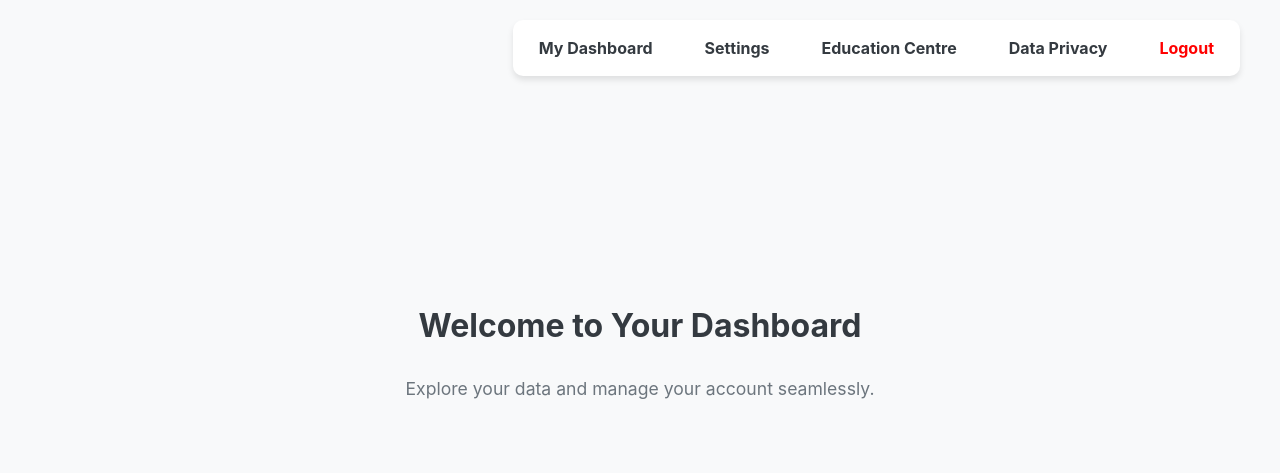
Repository: aab232/https---github.com-aab232-Deferred-Payment-Platform
Page: /main (app in frontend/)
An editor plug-in stored every save of this project. The page is shown before and after the next save, followed by the edit.
The browser window is 1280 px wide. The pictures show the whole page.
The page's requests for data from a server got no answer. The project was rebuilt for these pictures with package versions that can differ from the ones it lists, and the page was loaded fresh each time. No one was signed in, and anything a server would have sent is missing. Also part of the build but not shown: frontend/src/components/Home.js, frontend/src/components/Form.css, frontend/src/components/Register.js, frontend/src/components/Login.js, frontend/src/components/BackButton.css, frontend/src/components/BackButton.js, frontend/src/components/Settings.js.

Above is the page before, as saved 2025-03-26 01:25:08.

### frontend/src/App.js
import React from 'react';
import { BrowserRouter as Router, Routes, Route } from 'react-router-dom';
import Home from './components/Home';
import Register from './components/Register';
import Login from './components/Login';
import Main from './components/Main';
import Settings from './components/Settings';

const App = () => {
  return (
    <Router>
      <Routes>
        <Route path="/" element={<Home />} />
        <Route path="/login" element={<Login />} />
        <Route path="/register" element={<Register />} />
        <Route path="/main" element={<Main />} />
        <Route path="/settings" element={<Settings />} />
      </Routes>
    </Router>
  );
};

export default App;

### frontend/src/components/Main.js
import React, { useState, useEffect } from 'react';
import { useNavigate } from 'react-router-dom';
import './Main.css';
import axios from 'axios';

const Main = () => {
  const [products, setProducts] = useState([]);
  const navigate = useNavigate();

  const handleLogout = () => {
    navigate('/login'); // Redirect to login page
  };

  useEffect(() => {
    const fetchProducts = async () => {
      try {
        const response = await axios.get('http://localhost:5000/api/products');
        setProducts(response.data);
      } catch (error) {
        console.error('Error fetching products:', error);
      }
    };

    fetchProducts();
  }, []);

  return (
    <div className="main-container">
      <nav className="taskbar">
        <span className="tab" onClick={() => navigate('/dashboard')}>My Dashboard</span>
        <span className="tab" onClick={() => navigate('/settings')}>Settings</span>
        <span className="tab" onClick={() => navigate('/education')}>Education Centre</span>
        <span className="tab" onClick={() => navigate('/privacy')}>Data Privacy</span>
        <span className="tab logout" onClick={handleLogout}>Logout</span>
      </nav>

      <h1>Welcome to Your Dashboard</h1>
      <p>Explore your data and manage your account seamlessly.</p>

      <div className="products-container">
        {products.slice(0, 9).map((product, index) => (
          <div key={index} className="product-card">
            <img src={product.img} alt={product.name} />
            <h3>{product.name}</h3>
            <p>{product.price}</p>
            <button>Add to Cart</button>
          </div>
        ))}
      </div>
    </div>
  );
};

export default Main;

### frontend/src/components/Home.css
.container {
    display: flex;
    justify-content: center;
    align-items: center;
    height: 100vh; /* Full viewport height */
    background: linear-gradient(135deg, #252f3b, #252d3b); /* Elegant gradient */
  }

  .card {
    text-align: center;
    background: #fff;
    padding: 40px 60px;
    border-radius: 24px;
    box-shadow: 0 8px 32px rgba(0, 0, 0, 0.2);
    max-width: 350px;
    width: 100%;
  }

  h1 {
    margin-bottom: 16px;
    font-size: 28px;
    color: #252f3b;
  }

  p {
    margin-bottom: 32px;
    font-size: 16px;
    color: #555;
  }

  .button-group {
    display: flex;
    justify-content: space-between;
  }

  .btn {
    padding: 12px 24px;
    font-size: 16px;
    border: none;
    border-radius: 30px; /* Rounded buttons */
    cursor: pointer;
    transition: background 0.3s ease;
    color: white;
    background: #252f3b;
  }

  .btn:hover {
    background: #252f3b; /* Button hover effect */
  }

### frontend/src/components/Main.css
.main-container {
  display: flex;
  flex-direction: column;
  align-items: center;
  justify-content: center;
  height: 100vh;
  background: #f8f9fa;
  padding: 20px;
  box-sizing: border-box;
}

.taskbar {
  position: absolute;
  top: 20px;
  right: 40px;
  display: flex;
  gap: 20px;
  background: #ffffff;
  border-radius: 10px;
  padding: 10px;
  box-shadow: 0px 4px 6px rgba(0, 0, 0, 0.1);
}

.tab {
  cursor: pointer;
  padding: 8px 16px;
  border-radius: 8px;
  transition: background 0.3s ease, color 0.3s ease;
  font-weight: bold;
  color: #343a40;
}

.tab:hover {
  background: #F7D6E0;
  color: white;
}

.logout {
  color: red;
  font-weight: bold;
}

h1 {
  font-size: 2rem;
  color: #343a40;
  margin-bottom: 20px;
}

p {
  color: #6c757d;
  font-size: 1.1rem;
  line-height: 1.6;
  text-align: center;
  margin-top: 10px;
}

### frontend/src/components/Settings.css
.settings-container {
  display: flex;
  flex-direction: column;
  align-items: center;
  padding: 40px 20px;
  background: #f8f9fa;
  min-height: 100vh;
}

h1 {
  color: #343a40;
  margin-bottom: 20px;
}

.menu {
  display: flex;
  gap: 20px;
  margin-bottom: 40px;
}

.menu button {
  padding: 10px 20px;
  border: none;
  border-radius: 8px;
  cursor: pointer;
  transition: background 0.3s ease;
  font-weight: bold;
  background: #007bff;
  color: white;
}

.menu .danger {
  background: #dc3545;
}

.menu button:hover {
  opacity: 0.8;
}

/* Dropdown styling */
.dropdown {
  display: flex;
  flex-direction: column;
  gap: 10px;
  margin-top: 20px;
}

.dropdown button {
  padding: 8px 16px;
  border: none;
  border-radius: 8px;
  background: #6c757d;
  color: white;
  cursor: pointer;
  transition: background 0.3s ease;
}

.dropdown button:hover {
  background: #495057;
}

/* Section Styling */
.section {
  width: 100%;
  max-width: 600px;
  background: white;
  padding: 30px;
  border-radius: 16px;
  box-shadow: 0 8px 24px rgba(0, 0, 0, 0.1);
  margin-top: 20px;
}

h2 {
  color: #495057;
  margin-bottom: 20px;
}

input {
  width: 100%;
  padding: 12px;
  margin-bottom: 15px;
  border: 1px solid #ced4da;
  border-radius: 8px;
  font-size: 14px;
}

button {
  padding: 12px 20px;
  border: none;
  border-radius: 8px;
  cursor: pointer;
  background: #28a745;
  color: white;
  font-weight: bold;
}

button:hover {
  opacity: 0.9;
}

.info {
  margin-top: 20px;
  color: #6c757d;
}

Loaded but not shown: frontend/public/index.html (common file); frontend/src/index.js (common file); frontend/src/index.css (common file)

After the next save:
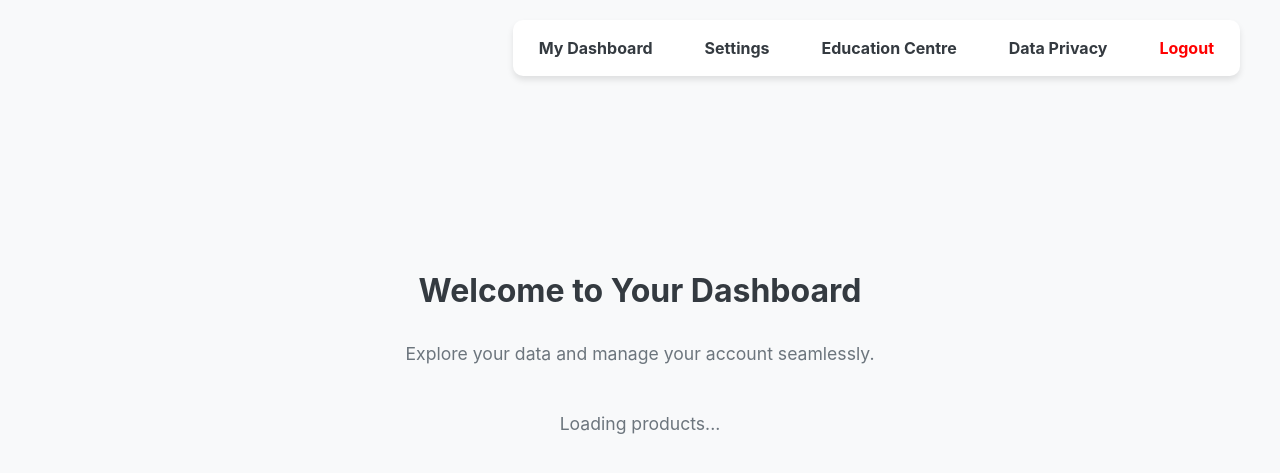
Saved 118 s later.
--- a/frontend/src/components/Main.js
+++ b/frontend/src/components/Main.js
@@ -38,14 +38,18 @@ const Main = () => {
       <p>Explore your data and manage your account seamlessly.</p>
 
       <div className="products-container">
-        {products.slice(0, 9).map((product, index) => (
-          <div key={index} className="product-card">
-            <img src={product.img} alt={product.name} />
-            <h3>{product.name}</h3>
-            <p>{product.price}</p>
-            <button>Add to Cart</button>
-          </div>
-        ))}
+        {products.length === 0 ? (
+          <p>Loading products...</p> // Show loading message if no products are available
+        ) : (
+          products.slice(0, 9).map((product, index) => (
+            <div key={index} className="product-card">
+              <img src={product.img} alt={product.name} />
+              <h3>{product.name}</h3>
+              <p>{product.price}</p>
+              <button>Add to Cart</button>
+            </div>
+          ))
+        )}
       </div>
     </div>
   );
